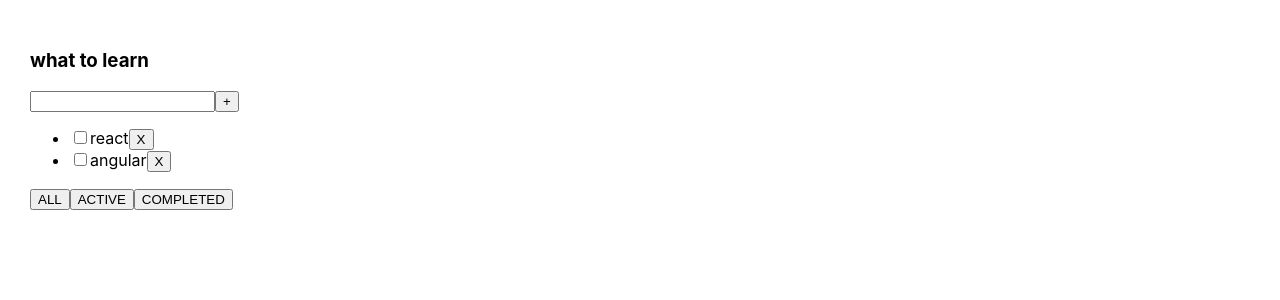
Repository: Grid-Master/myTrello
Page: /
These files come from the project's save history. The page is drawn as it stood at one moment and after the next save; the edit follows.
The browser window is 1280 px wide. The pictures show the whole page.
The project was rebuilt for these pictures with package versions that can differ from the ones it lists, and the page was loaded fresh each time.

Above is the page before, as saved 2023-01-25 00:12:46.

### src/App.tsx
import { useState } from 'react';
import './App.css';
import Todolist, { taskType } from './Todolist';

export type FilterValuesType = "all" | "completed" | "active"

const initTasks = [
  {
    id: 1,
    title: 'css',
    isDone: true
  },
  {
    id: 2,
    title: 'js',
    isDone: true
  },
  {
    id: 3,
    title: 'react',
    isDone: false
  },
  {
    id: 4,
    title: 'angular',
    isDone: false
  },
]
 // const tasks2 = [
  //   {
  //     id: 1,
  //     title: 'avengers',
  //     isDone: true
  //   },
  //   {
  //     id: 2,
  //     title: 'terminator',
  //     isDone: false
  //   },
  //   {
  //     id: 3,
  //     title: 'prject x',
  //     isDone: false
  //   },
  // ]

function App() {
  const [tasks, setTasks] = useState<Array<taskType>>(initTasks)
  const [filter, setFilter] = useState<FilterValuesType>('active')

  const removeTask = (id: number) => {
    let filteredTasks = tasks.filter((task) => task.id !== id)
    setTasks(filteredTasks)
  }

  const changeFilter = (value:FilterValuesType) => {
    setFilter(value)
  }

  let tasksForTodoList = tasks
  if(filter === 'completed') {
    tasksForTodoList = tasks.filter(task => task.isDone)
  }
  if(filter === 'active') {
    tasksForTodoList = tasks.filter(task => !task.isDone)
  }

  return (
    <div className="App">
      <Todolist
        removeTask={removeTask}
        changeFilter={changeFilter}
        title='what to learn'
        tasks={tasksForTodoList}
      />
      {/* <Todolist title='movies' tasks={tasks2} /> */}
    </div>
  );
}

export default App;

### src/App.css
.App {
 padding: 30px;
 display: flex;
}

.App>div {
  margin-right: 50px;
}

### src/Todolist.tsx
import React from 'react';
import { FilterValuesType } from './App';

export interface taskType {
    id: number
    title: string
    isDone: boolean
}

type Props = {
    title: string,
    tasks: Array<taskType>
    removeTask: (id: number) => void
    changeFilter: (value: FilterValuesType) => void
}

const Todolist = (props:Props) => {
    return (
    <div>
        <h3>{props.title}</h3>
        <div>
            <input />
            <button>+</button>
        </div>
        <ul>
            {
                props.tasks.map((task) => <li key={task.id}>
                    <input type='checkbox' checked={task.isDone} />
                    <span>{task.title}</span>
                    <button onClick={() => props.removeTask(task.id)}>X</button>
                </li> )
            }
        </ul>
        <div>
            <button>ALL</button>
            <button>ACTIVE</button>
            <button>COMPLETED</button>
        </div>
    </div>
    );
};

export default Todolist;

Loaded but not shown: public/index.html (common file); src/index.tsx (common file); src/index.css (common file); src/reportWebVitals.ts (common file)

After the next save:
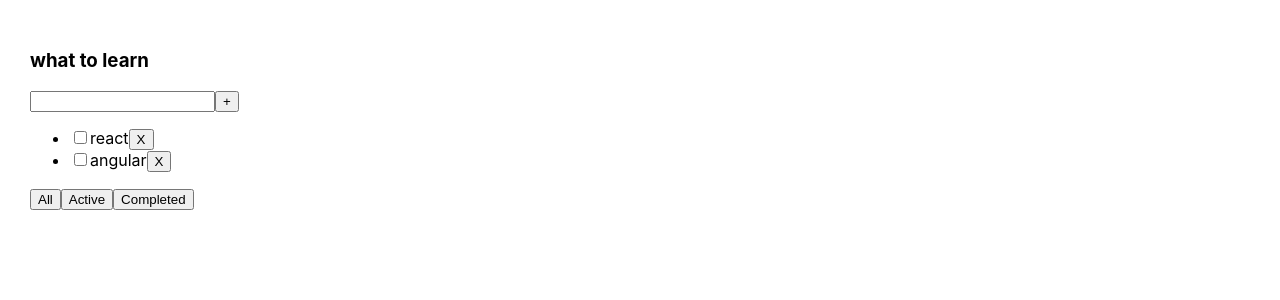
Saved 91 s later.
--- a/src/Todolist.tsx
+++ b/src/Todolist.tsx
@@ -32,9 +32,9 @@ const Todolist = (props:Props) => {
             }
         </ul>
         <div>
-            <button>ALL</button>
-            <button>ACTIVE</button>
-            <button>COMPLETED</button>
+            <button onClick={() => props.changeFilter('all')}>All</button>
+            <button onClick={() => props.changeFilter('active')} >Active</button>
+            <button onClick={() => props.changeFilter('completed')}>Completed</button>
         </div>
     </div>
     );
